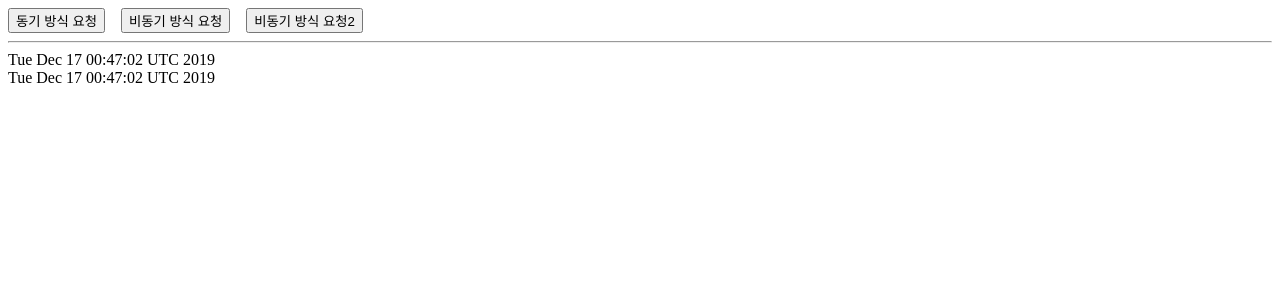
Repository: superThisMe/spring-basic
Page: http://localhost/07.spring-ajax/ajax-example
These files come from the project's save history. The page is drawn as it stood at one moment and after the next save; the edit follows.
The browser window is 1280 px wide. The pictures show the whole page.
The page is served by Tomcat 9. Other server files are loaded and not shown.

Above is the page before, as saved 2020-01-02 06:55:00.

### 07.spring-ajax/src/main/webapp/WEB-INF/views/ajax-example.jsp
<%@page import="java.util.Date"%>
<%@ page language="java" contentType="text/html; utf-8"
	pageEncoding="utf-8"%>

<!DOCTYPE html>
<html>
<head>
<meta charset="utf-8">
<title></title>
</head>
<body>
	<button id="sync-request">동기 방식 요청</button>
	&nbsp;&nbsp;
	<button id="async-request">비동기 방식 요청</button>
	&nbsp;&nbsp;
	<button id="async-request2">비동기 방식 요청2</button>
	<hr>
	<div><%=new Date().toString()%></div>
	<div id="container">
		<div id="message"><%=new Date().toString()%></div>
	</div>
</body>

<script src="https://code.jquery.com/jquery-3.4.1.js"></script>
<script type="text/javascript">
	$(function() {

		$('#sync-request').on('click', function(event) {
			location.href = "get-time";
		});

		var proxy = new XMLHttpRequest();

		$('#async-request').on('click', function(event) {

			proxy.open("GET", "get-time", true) // 'GET' : 요청방식, 'get-time' : 요청 경로, true : 비동기 여부
			proxy.onreadystatechange = processResult; // 비동기 응답이 도착했을 때 호출될 function
			proxy.send(null); // 비동기 요청 시작

		});

		function processResult() {
			alert(proxy.readyState);
			if (proxy.readyState == 4) {
				if (proxy.status == 200) {
					var result = proxy.responseText;
					$('#message').text(result);
				}
			}

		};

	});
</script>

</html>

After the next save:
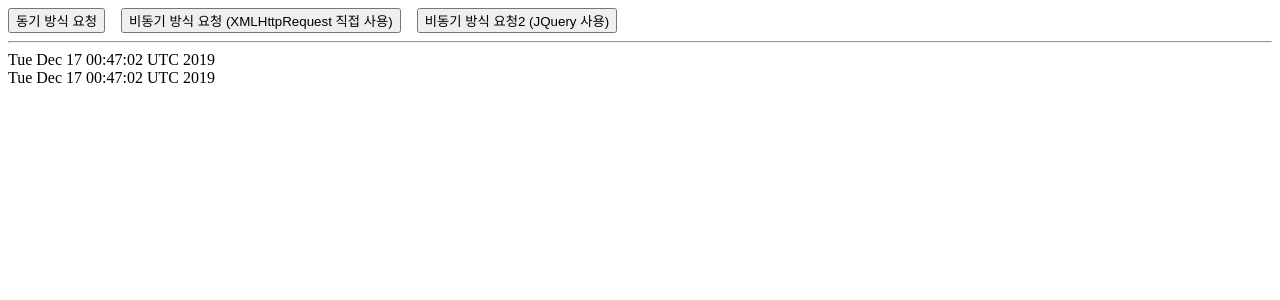
Saved 38 s later.
--- a/07.spring-ajax/src/main/webapp/WEB-INF/views/ajax-example.jsp
+++ b/07.spring-ajax/src/main/webapp/WEB-INF/views/ajax-example.jsp
@@ -11,9 +11,9 @@
 <body>
 	<button id="sync-request">동기 방식 요청</button>
 	&nbsp;&nbsp;
-	<button id="async-request">비동기 방식 요청</button>
+	<button id="async-request">비동기 방식 요청 (XMLHttpRequest 직접 사용)</button>
 	&nbsp;&nbsp;
-	<button id="async-request2">비동기 방식 요청2</button>
+	<button id="async-request2">비동기 방식 요청2 (JQuery 사용)</button>
 	<hr>
 	<div><%=new Date().toString()%></div>
 	<div id="container">
